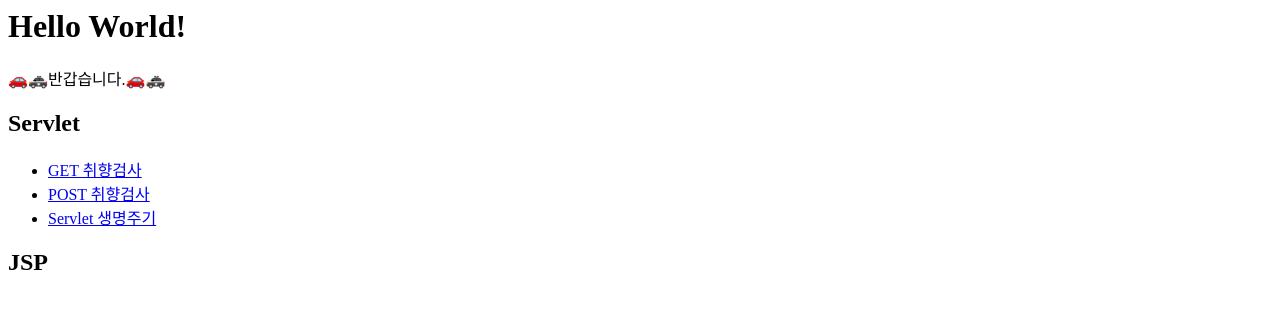
Repository: chayushin/web_server_workspace
Page: http://localhost/hello-web/
The author's editor kept a copy of each file at every save. The page is drawn from the files as they stood at one save, then again after the next save.
The browser window is 1280 px wide. The pictures show the whole page.
The page is served by Tomcat 9.

Above is the page before, as saved 2023-12-06 06:19:47.

After the next save:
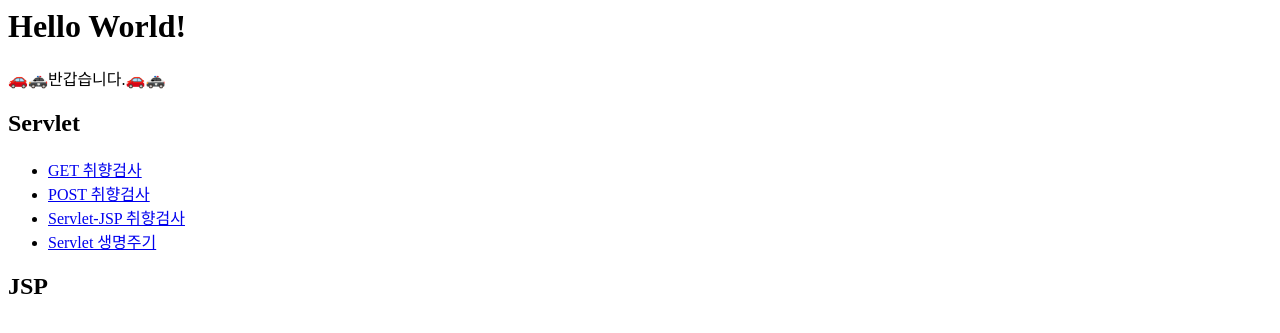
Saved 6 min 36 s later.
--- a/hello-web/src/main/webapp/index.jsp
+++ b/hello-web/src/main/webapp/index.jsp
@@ -20,6 +20,9 @@
 			<a href="/hello-web/servlet/02_testPerson.html">POST 취향검사</a>
 		</li>
 		<li>
+			<a href="/hello-web/servlet/03_testPerson.html">Servlet-JSP 취향검사</a>
+		</li>
+		<li>
 			<a href="/hello-web/lifecycle.do">Servlet 생명주기</a>
 		</li>
 	</ul>
